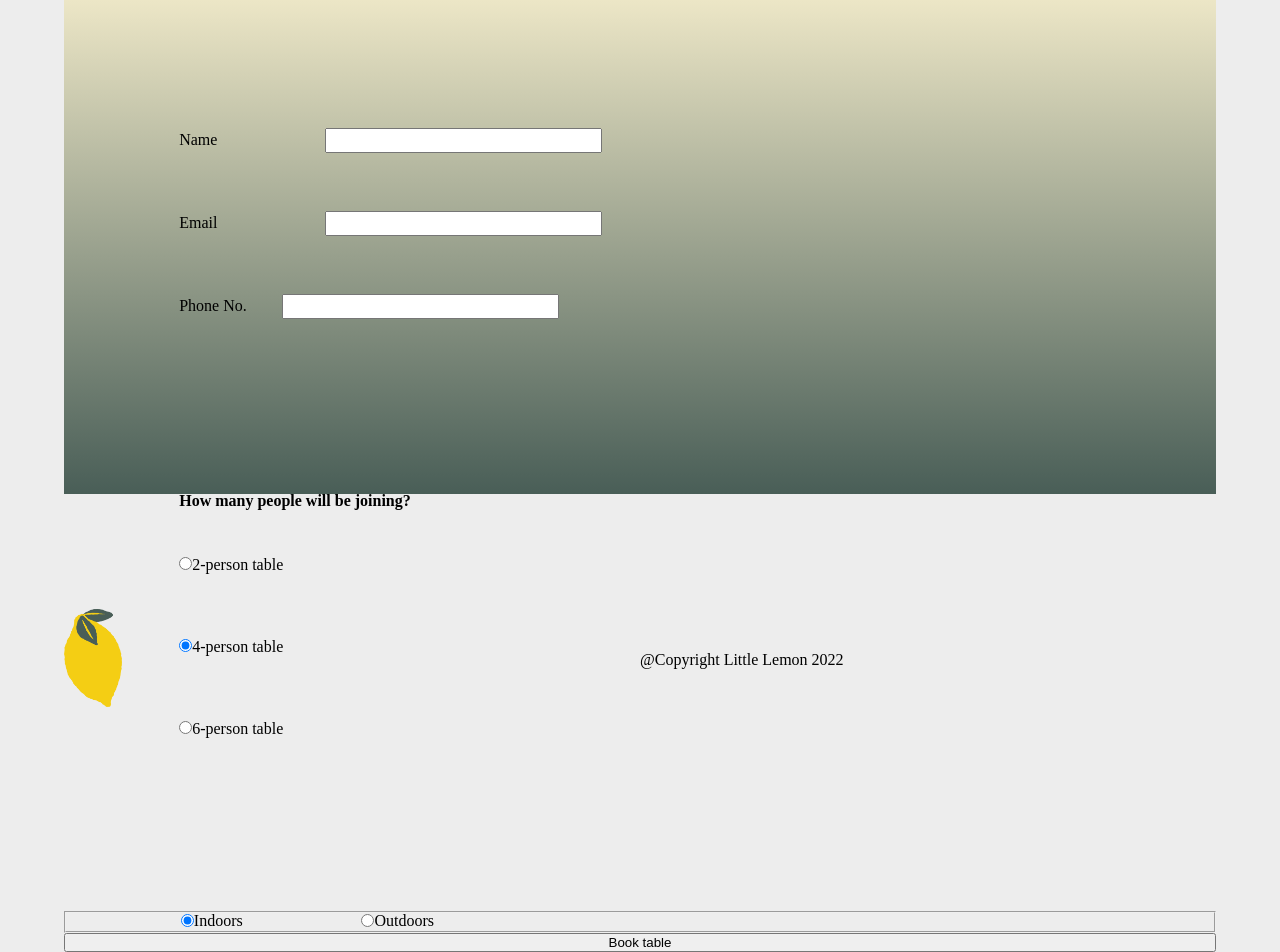
Repository: klone007/littleLemon
Page: index.html
The author's editor kept a copy of each file at every save. The page is drawn from the files as they stood at one save, then again after the next save.
The browser window is 1280 px wide. The pictures show the part of the page from y = 3473 to 4425 px (the page is 4425 px tall).
A picture or video elsewhere on the page could not be fetched, so the positions and the page height are approximate. Backgrounds fixed to the window are drawn as part of the page.

Above is the page before, as saved 2022-11-17 13:33:28.

### index.html
<!DOCTYPE html>
<html lang="en">
<head>
    <meta charset="UTF-8">
    <meta http-equiv="X-UA-Compatible" content="IE=edge">
    <meta name="viewport" content="width=device-width, initial-scale=1.0">
    <title>Little Lemon</title>
    <meta name="author" content="Owned by Maria & Jason">
    <meta name="description" content="Little lemon restaurant">

    <link rel="stylesheet" href="./styles.css">
    <link rel="stylesheet" href="./docs/flickity.css" media="screen">
</head>
<body>
    <script src="./docs/flickity.pkgd.min.js"></script>

<nav class="top-nav navbar-fixed-top">
    <header>
        <a href="#Home">
            <img src="./img/Asset 20@4x.png" alt="logo" />
        </a>
    </header>
    <input id="menu-toggle" type="checkbox" />
    <label class='menu-button-container' for="menu-toggle">
    <div class='menu-button'></div>
  </label>
    <ul class="menu">
        <li><a href="#Home">Home</a></li>
        <li><a href="#Menu">Menu</a></li>
        <li><a href="#mainBook">Book</a></li>
        <li><a href="#About">About</a></li>
    </ul>
</nav>


    <main>
        <h1 id="Home">Our Featured</h1>
        <section class="gallery js-flickity" data-flickity-options='{ "wrapAround": true }'>
            <div class="gallery-cell">
                <img src="https://external-content.duckduckgo.com/iu/?u=https%3A%2F%2Fwww.sightseeingtoursitaly.com%2Fwp-content%2Fuploads%2F2019%2F06%2FFamous-Italian-dishes.jpg&f=1&nofb=1&ipt=5f17ed8798b09670346a59e0c6dda9133987f1fbc826aab0525b9c7dfd5eefc6&ipo=images" alt="" loading="lazy" />
            </div>
            <div class="gallery-cell">
                <img src="https://external-content.duckduckgo.com/iu/?u=https%3A%2F%2Fcdn.websites.hibu.com%2F42205d4164494aec9952633686609fc8%2Fdms3rep%2Fmulti%2Fshutterstock_1048781273.jpg&f=1&nofb=1&ipt=9319afd718bb88107d86b2624e313065a7d3a600e22631227c980300d2d9ea5e&ipo=images" alt="" loading="lazy" />
            </div>
            <div class="gallery-cell">
                <img src="https://external-content.duckduckgo.com/iu/?u=https%3A%2F%2Fdianashealthyliving.com%2Fwp-content%2Fuploads%2F2019%2F09%2FItalian-food-Depositphotos_.jpg&f=1&nofb=1&ipt=6b3899b664b8c8aa324edf4a5f0cf548525f48ccb5f7a4fc71eac060adbfea16&ipo=images" alt="" loading="lazy" />
            </div>
            <div class="gallery-cell">
                <img src="https://external-content.duckduckgo.com/iu/?u=https%3A%2F%2Fwww.lux-review.com%2Fwp-content%2Fuploads%2F2020%2F03%2FPasta-1.jpg&f=1&nofb=1&ipt=236038c1ddcf4aa03c9a1fd1d1489bc57e1f28b597d5af0d285d39a5f3813c10&ipo=images" alt="" />
            </div>
            <div class="gallery-cell">
                <img src="https://external-content.duckduckgo.com/iu/?u=https%3A%2F%2Fthepointsguy.co.uk%2Fwp-content%2Fuploads%2F2020%2F09%2FGettyImages-599272840.jpg&f=1&nofb=1&ipt=aed47e269af3bf5fa11b8c201e77a3612dee3b5e70cd9f18d9500c28e0df9f67&ipo=images" alt="" loading="lazy" />
            </div>
        </section>

        <h1 id="Menu">Menu</h1>
        <section id="mainMenu">
            <article>
                <h3>Dish 1</h3>
                <div>
                    <img src="https://external-content.duckduckgo.com/iu/?u=https%3A%2F%2Fwww.trbimg.com%2Fimg-58b999a4%2Fturbine%2Fct-chicago-modern-classics-food-0308-20170303&f=1&nofb=1&ipt=e55a6103835e539b9ddba910f3aa8f07babc50ec035bc059d606dd24fa5a5659&ipo=images" alt="" />
                    <p>Lorem ipsum dolor sit amet consectetur adipisicing elit. Labore inventore rem quos repellat fugiat consequatur numquam, sapiente aperiam culpa aliquid maiores asperiores! Alias eligendi odit, vero amet aut quia non?</p>
                </div>
            </article>
            <article>
                <h3>Dish 2</h3>
                <div>
                    <img src="https://external-content.duckduckgo.com/iu/?u=https%3A%2F%2Fwww.webivm.com%2Fwp-content%2Fuploads%2F2016%2F12%2FFood-Photos.jpg&f=1&nofb=1&ipt=6a3492d880aad37e76e2c229f1153e1a0fc916bf886f3e4d2b33b8b43cbbb8ba&ipo=images" alt="" />
                    <p>Lorem ipsum dolor sit amet consectetur adipisicing elit. Labore inventore rem quos repellat fugiat consequatur numquam, sapiente aperiam culpa aliquid maiores asperiores! Alias eligendi odit, vero amet aut quia non?</p>
                </div>
            </article>
            <article>
                <h3>Dish 3</h3>
                <div>
                    <img src="https://external-content.duckduckgo.com/iu/?u=https%3A%2F%2Fwww.food-management.com%2Fsites%2Ffood-management.com%2Ffiles%2Fstyles%2Farticle_featured_retina%2Fpublic%2FHawaiiPromo_BU_1.jpg%3Fitok%3Dl8BccNDz&f=1&nofb=1&ipt=f5ae2a2fe3e9c6f5db3d1dd3f7cba8346bc18a211ab68dd1c32996616daafb87&ipo=images" alt="" />
                    <p>Lorem ipsum dolor sit amet consectetur adipisicing elit. Labore inventore rem quos repellat fugiat consequatur numquam, sapiente aperiam culpa aliquid maiores asperiores! Alias eligendi odit, vero amet aut quia non?</p>
                </div>
            </article>
            <article>
                <h3>Dish 4</h3>
                <div>
                    <img src="https://external-content.duckduckgo.com/iu/?u=https%3A%2F%2Fmoroccanfoodtour.com%2Fwp-content%2Fuploads%2F2020%2F05%2FMFT-Tetouan-Food-Tour-5.jpg&f=1&nofb=1&ipt=5d10271906c29c0f482e9af2e71def8f1021706b03ddfc3b13a227a26cf32f92&ipo=images" alt="" />
                    <p>Lorem ipsum dolor sit amet consectetur adipisicing elit. Labore inventore rem quos repellat fugiat consequatur numquam, sapiente aperiam culpa aliquid maiores asperiores! Alias eligendi odit, vero amet aut quia non?</p>
                </div>
            </article>
            <article>
                <h3>Dish 5</h3>
                <div>
                    <img src="https://external-content.duckduckgo.com/iu/?u=https%3A%2F%2Fimg.choice.com.au%2F-%2Fmedia%2Ff738b5b9623b4c90ad0837f98b0ea96b.ashx&f=1&nofb=1&ipt=1635fb9e31ba85f9b28735716f80466546eed1ee7c42d5bcbd6a9909df5d35f2&ipo=images" alt="" />
                    <p>Lorem ipsum dolor sit amet consectetur adipisicing elit. Labore inventore rem quos repellat fugiat consequatur numquam, sapiente aperiam culpa aliquid maiores asperiores! Alias eligendi odit, vero amet aut quia non?</p>
                </div>
            </article>
            <article>
                <h3>Dish 6</h3>
                <div>
                    <img src="https://external-content.duckduckgo.com/iu/?u=https%3A%2F%2Fwww.charlottefashionplate.com%2Fwp-content%2Fuploads%2F2019%2F04%2FFullSizeRender-2019-09-12T093414.937-e1568295666416.jpg&f=1&nofb=1&ipt=a75d703fefdf0bc48c22dafd73ad0c617d56c21db92b64727021d744cfa860a5&ipo=images" alt="" />
                    <p>Lorem ipsum dolor sit amet consectetur adipisicing elit. Labore inventore rem quos repellat fugiat consequatur numquam, sapiente aperiam culpa aliquid maiores asperiores! Alias eligendi odit, vero amet aut quia non?</p>
                </div>
            </article>
        </section>

        <h1 id="About">About</h1>
        <section id="mainAbout">
            <div class="myDIV">
                 <img src="https://external-content.duckduckgo.com/iu/?u=https%3A%2F%2Fst3.depositphotos.com%2F2572561%2F16353%2Fi%2F950%2Fdepositphotos_163534638-stock-photo-two-famous-chefs-discuss-their.jpg&f=1&nofb=1&ipt=b503cf392cbfb92c1189adf6e87bce2d96b5f10e32ff79c8c39acd97c9648224&ipo=images" alt="Little Lemon's chefs" loading="lazy" />
            </div>
            <!-- <div class="hide">
                The image used is stock image from google images.
            </div> -->

            <p>
                Based in Chicago, Illinois, <strong>Little Lemon is a family-owned Mediterranean restaurant</strong>, focused on <strong>traditional recipes served with a
                modern twist.</strong> The chefs draw inspiration from Italian, Greek, and Turkish culture and have a menu of 12–15 items that they rotate
                seasonally. The restaurant has a rustic and relaxed atmosphere with moderate prices, making it a <strong>popular place for a meal any time of
                the day.</strong>
                <br /> <br />
                Little Lemon is <strong>owned by</strong>two Italian brothers, <strong>Mario and Adrian</strong>, who moved to the United States to pursue their shared dream of owning a restaurant.
                To craft the menu, Mario relies on family recipes and his experience as a chef in Italy. Adrian does all the marketing for the restaurant and led the
                effort to expand the menu beyond classic Italian to incorporate additional cuisines from the Mediterranean region.
            </p>
        </section>
        <section id="mainBook">
            <h1>Book</h1>
            <div class="parallax"></div>

            <form class="content" method="post" >

                    <label for="user_Name">Name
                        <input type="text" id="user_Name" name="user_Name" required/>
                    </label>
                    <label for="user_Email">Email
                        <input type="email" id="user_Email" name="user_Email" required/>
                    </label>

                <label for="user_Phone">Phone No.
                    <input type="tel" id="user_Phone" name="user_Phone"/>
                </label>
                <fieldset id="size">
                    <p><strong>How many people will be joining?</strong></p>
                    <label><input type="radio" value="2" name="size" />2-person table</label><br>
                    <label><input type="radio" value="4" name="size" checked/>4-person table</label><br>
                    <label><input type="radio" value="6" name="size" />6-person table</label>
                </fieldset>
                <fieldset id="location">
                    <label><input type="radio" value="indoors" name="location" checked/>Indoors</label>
                    <label><input type="radio" value="outdoors" name="location" />Outdoors</label>
                </fieldset>
                <button type="submit">Book table</button>

            </form>
        </section>
    </main>
    <footer>
        <div >
            <img src="./img/Asset 9@4x.png" alt=""></img>
        </div>
        <div >
            <p>@Copyright Little Lemon 2022</p>
        </div>
    </footer>


</body>
</html>

### styles.css
:root {
    --lemonYelow:#f4ce14;
    --lemonGreen: #495e57;
}


*{
    margin:0;
    padding:0;
    -webkit-box-sizing: border-box;
    box-sizing: border-box;
}

body {
    background-color: #ededed;
    margin-top: 1rem;
    margin-bottom: 1rem;
    margin-left: 5%;
    margin-right: 5%;
}

header  img {
    display: block;
    margin-left: auto;
    margin-right: auto;
    max-width:3rem;
    min-height:3rem;
    animation-duration: 2s;
    animation-name: slideinLeft;
}

.top-nav  ul {
    list-style: none;
    animation-duration: 2s;
    animation-name: slideinRight;
}

.top-nav a {
    text-decoration: none;
    /* color:rgb(252, 227, 8); */
    color:white;
    padding: 10px 30px;
}

.top-nav a:hover {
    color: var(--lemonYelow);
    transform: scale(0.7);
}

.top-nav {
    display: flex;
    flex-direction: row;
    align-items: center;
    justify-content: space-between;
    background-color: #00BAF0;
    /* background: linear-gradient(to left, #214900ef, #ffe5511e); */
    background: linear-gradient(to left, #495e57, #f4cf142c);

    /* W3C, IE 10+/ Edge, Firefox 16+, Chrome 26+, Opera 12+, Safari 7+ */
    color: #FFF;
    height: 50px;
    padding: 1em;
    margin-top: 3%;


  }

  .menu {
    display: flex;
    flex-direction: row;
    list-style-type: none;
    margin: 0;
    padding: 0;
  }

  .menu > li {
    margin: 0 1rem;
    overflow: hidden;
  }

  .menu-button-container {
    display: none;
    height: 100%;
    width: 30px;
    cursor: pointer;
    flex-direction: column;
    justify-content: center;
    align-items: center;
  }

  #menu-toggle {
    display: none;
  }

  .menu-button,
  .menu-button::before,
  .menu-button::after {
    display: block;
    background-color: #fff;
    position: absolute;
    height: 4px;
    width: 30px;
    transition: transform 400ms cubic-bezier(0.23, 1, 0.32, 1);
    border-radius: 2px;
  }

  .menu-button::before {
    content: '';
    margin-top: -8px;
  }

  .menu-button::after {
    content: '';
    margin-top: 8px;
  }

  #menu-toggle:checked + .menu-button-container .menu-button::before {
    margin-top: 0px;
    transform: rotate(405deg);
  }

  #menu-toggle:checked + .menu-button-container .menu-button {
    background: rgba(255, 255, 255, 0);
  }

  #menu-toggle:checked + .menu-button-container .menu-button::after {
    margin-top: 0px;
    transform: rotate(-405deg);
  }

  @media (max-width: 700px) {
    .menu-button-container {
      display: flex;
    }
    .menu {
        z-index:1000;
      position: absolute;
      top: 50px;
      margin-top: 50px;
      left: 0;
      flex-direction: column;
      width: 100%;
      justify-content: center;
      align-items: center;
    }
    #menu-toggle ~ .menu li {
      height: 0;
      margin: 0;
      padding: 0;
      border: 0;
      transition: height 400ms cubic-bezier(0.23, 1, 0.32, 1);
    }
    #menu-toggle:checked ~ .menu li {
      border: 1px solid #333;
      height: 3.5em;
      padding: 0.5em;
      transition: height 400ms cubic-bezier(0.23, 1, 0.32, 1);
    }
    .menu > li {
      display: flex;
      justify-content: center;
      margin: 0;
      padding: 0.5em 0;
      width: 100%;
      color: white;
      background-color: #222;
    }
    .menu > li:not(:last-child) {
      border-bottom: 1px solid #444;
    }
  }

  .navbar-fixed-top{
    position: -webkit-sticky;
    position: sticky;
    top: 0px;
    z-index: 99999;
  }

/* nav {
display: flex;
justify-content: space-between;
}

header > img {
    display: block;
    margin-left: auto;
    margin-right: auto;
    max-width:5rem;
    min-height:5rem;
}

nav  ul {
    list-style: none;
    display: flex;
    justify-content: center;
    align-items: center;

}

nav a:link {
    text-decoration: none;
    color: rgb(5, 107, 5);
    padding: 10px 50px;

}

nav a:hover {
    background-color: green;
    color: antiquewhite;
} */




main  h1 {
    display: flex;
    justify-content: center;
    align-items: center;
    margin-top:5%;
    margin-bottom:3%;
    color:var(--lemonGreen);
    padding-top: 1rem;
}

main  h1:hover{
    /* animation: 1s 1 forwards pulse */
    transform: scale(1.2);
    transition: 0.5s ease-in-out;
}

main img {
    max-width:100%;
    min-height: 100%;
}

.gallery {
    background: #EEE;
    margin-bottom: 5%;
  }

  .gallery-cell {
    width: 50vw;
    height: 30vh;
    margin-left: 10px;
    counter-increment: gallery-cell;
  }

  /* cell number */
  .gallery-cell:before {
    display: block;
    text-align: center;
    content: "";
    line-height: 200px;
    font-size: 80px;
    color: white;
  }



  #mainMenu {
    display: flex;
    flex-wrap: wrap;
    overflow: auto;

}
#mainMenu div {
    display: flex;
    justify-content: center;
    align-items: center;
    gap:2rem;
}

#mainMenu img {
    max-width: 5rem;
    max-height: 5rem;
}
article img:hover {
    transform: scale(4) translate(50%,10%);
    transition: 0.5s ease-in-out;
}

main h3 {
    padding-bottom:1rem
}

main article {
    flex: 1 0 500px;
    box-sizing: border-box;
    margin: 1rem .25em;
    padding:2rem;

    max-width: 25rem;
}

main article:hover {
    color:#f4ce14;
    background-color: var(--lemonGreen);
    box-shadow: inset 0 0 1rem #444;
    border-radius: 5%;
}

@media screen and (min-width: 40em) {
    main article  {
       max-width: calc(50% -  1em);
    }


}

@media screen and (min-width: 60em) {
    main article  {
        max-width: calc(25% - 1em);
    }
}


#mainAbout {
    display: flex;
    flex-direction:column;
    justify-content: center;
    align-items: center;

}

#mainAbout img {
    max-width: 20rem;
    min-height: 20rem;
    margin:5%;
    padding:2rem;
    border-radius: 50%;
    filter:blur(0.5rem) grayscale(100%);
    transition:.5s ease-out;
}
#mainAbout img:hover {
    filter:blur(0rem) grayscale(0%);

}
/* .hide {
    display: none;
    position:absolute;
    left:8%
  } */

  /* .myDIV:hover + .hide {
    display: block;
    color: red;
  } */

#mainAbout p {
    flex: 1 0 500px;
    box-sizing: border-box;
    margin: 1rem .25em;
    padding:1rem;
}

footer {
    display: flex;
    justify-content: center;
    align-items: center;
    margin-top:10%;
}
footer div {
    flex: 1;
}

footer img {
    width:10%;
}
footer img:hover {
    transform:rotate(60deg) ;
   transition: 1s ease;
}



@media screen and (min-width:880px) {

    .gallery-cell {
        width: 70vw;
        height: 70vh;
        margin-left: 10px;
        counter-increment: gallery-cell;
      }

      #mainAbout{
        display: flex;
        justify-content: space-between;
        flex-direction: row;
        margin:1rem;
        gap: 2rem;
    }
    #mainAbout img {
        max-width: 20rem;
        min-height: 20rem;
        margin:5%;
        border-radius: 0;
    }
    #mainAbout p {
        flex: 1 ;
        box-sizing: border-box;
        margin: 1rem .25em;
        padding:1rem;
    }
    article img:hover {
        transform: scale(8) translate(50%,10%);
        transition: 0.5s ease-in-out;
    }

  }




  @keyframes slideinRight {
    from {
      margin-right: -100rem;
      opacity: 0;
    }
    25% {

        margin-right: -10rem;
        opacity: 0.25;
      }
    50% {

    margin-right: -5rem;
    opacity: 0.5;
    }
    75% {

      margin-right: -1rem;
      opacity: 0.75;
    }

    to {
      margin-right: 0rem;
      opacity: 1;
    }
  }


  @keyframes slideinLeft {
    from {
      margin-left: -100rem;
      opacity: 0;

    }

    25% {

    margin-left: -10rem;
    opacity: 0.25;
    }

    50% {

    margin-left: -5rem;
    opacity: 0.5;
    width:50%;
    }
    75% {

    margin-left: -5rem;
    opacity: 0.5;
    width:75%;

    }

    to {
      margin-left: 0rem;
      opacity: 1;
     width:100%;

    }
  }

  .parallax {
    /* The image used */
    background-image: url("https://external-content.duckduckgo.com/iu/?u=https%3A%2F%2Fuplandsouthcandles.com%2Fwp-content%2Fuploads%2F2018%2F07%2F036684.jpg&f=1&nofb=1&ipt=ed1f1ccf7945ddfd3265d2114ec71a6c897354e652921af8277e8d438890888a&ipo=images");

    /* Set a specific height */
    min-height: 500px;

    /* Create the parallax scrolling effect */
    background-attachment: fixed;
    background-position: center;
    background-repeat: no-repeat;
    background-size: cover;
  }

  .content {
    height:1000px;
    background: linear-gradient(#eee20200,#f4cf142c, #495e57);
    display:flex;
    flex-direction: column;
    align-items: stretch;
    padding-top:50%;
}
.content label {
    padding-top:5%;
    padding-left: 10%;
}

#size{
    display: flex;
    flex-direction: column;
    margin: 15% 10%;
    border:0;

}

#size label {
    margin-left:-10% ;
}

#size input {
    padding-left:15%;
}

#user_Name{
    margin-left:10%;
    padding:0.2rem 3rem;
}


#user_Email{
    margin-left:10%;
    padding:0.2rem 3rem;
}

#user_Phone{
    margin-left:3%;
    padding:0.2rem 3rem;
}

### docs/flickity.css
/*! Flickity v2.3.0
https://flickity.metafizzy.co
---------------------------------------------- */

.flickity-enabled {
  position: relative;
}

.flickity-enabled:focus { outline: none; }

.flickity-viewport {
  overflow: hidden;
  position: relative;
  height: 100%;
}

.flickity-slider {
  position: absolute;
  width: 100%;
  height: 100%;
}

/* draggable */

.flickity-enabled.is-draggable {
  -webkit-tap-highlight-color: transparent;
  -webkit-user-select: none;
     -moz-user-select: none;
      -ms-user-select: none;
          user-select: none;
}

.flickity-enabled.is-draggable .flickity-viewport {
  cursor: move;
  cursor: -webkit-grab;
  cursor: grab;
}

.flickity-enabled.is-draggable .flickity-viewport.is-pointer-down {
  cursor: -webkit-grabbing;
  cursor: grabbing;
}

/* ---- flickity-button ---- */

.flickity-button {
  position: absolute;
  background: hsla(0, 0%, 100%, 0.75);
  border: none;
  color: #333;
}

.flickity-button:hover {
  background: white;
  cursor: pointer;
}

.flickity-button:focus {
  outline: none;
  box-shadow: 0 0 0 5px #19F;
}

.flickity-button:active {
  opacity: 0.6;
}

.flickity-button:disabled {
  opacity: 0.3;
  cursor: auto;
  /* prevent disabled button from capturing pointer up event. #716 */
  pointer-events: none;
}

.flickity-button-icon {
  fill: currentColor;
}

/* ---- previous/next buttons ---- */

.flickity-prev-next-button {
  top: 50%;
  width: 44px;
  height: 44px;
  border-radius: 50%;
  /* vertically center */
  transform: translateY(-50%);
}

.flickity-prev-next-button.previous { left: 10px; }
.flickity-prev-next-button.next { right: 10px; }
/* right to left */
.flickity-rtl .flickity-prev-next-button.previous {
  left: auto;
  right: 10px;
}
.flickity-rtl .flickity-prev-next-button.next {
  right: auto;
  left: 10px;
}

.flickity-prev-next-button .flickity-button-icon {
  position: absolute;
  left: 20%;
  top: 20%;
  width: 60%;
  height: 60%;
}

/* ---- page dots ---- */

.flickity-page-dots {
  position: absolute;
  width: 100%;
  bottom: -25px;
  padding: 0;
  margin: 0;
  list-style: none;
  text-align: center;
  line-height: 1;
}

.flickity-rtl .flickity-page-dots { direction: rtl; }

.flickity-page-dots .dot {
  display: inline-block;
  width: 10px;
  height: 10px;
  margin: 0 8px;
  background: #333;
  border-radius: 50%;
  opacity: 0.25;
  cursor: pointer;
}

.flickity-page-dots .dot.is-selected {
  opacity: 1;
}

Loaded but not shown: docs/flickity.pkgd.min.js (library)

After the next save:
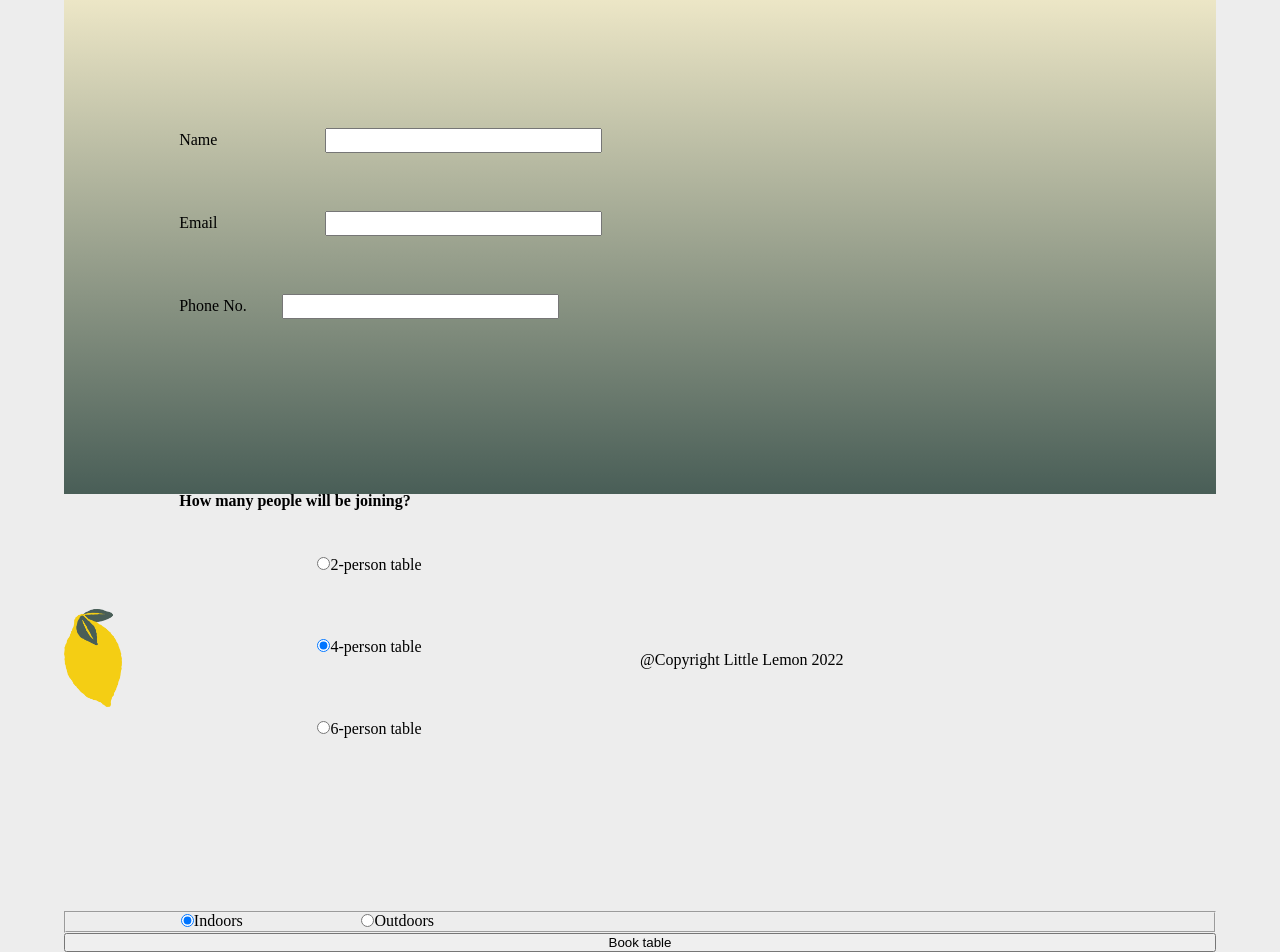
Saved 9 s later.
--- a/styles.css
+++ b/styles.css
@@ -515,7 +515,7 @@
 }
 
 #size input {
-    padding-left:15%;
+    margin-left:15%;
 }
 
 #user_Name{
